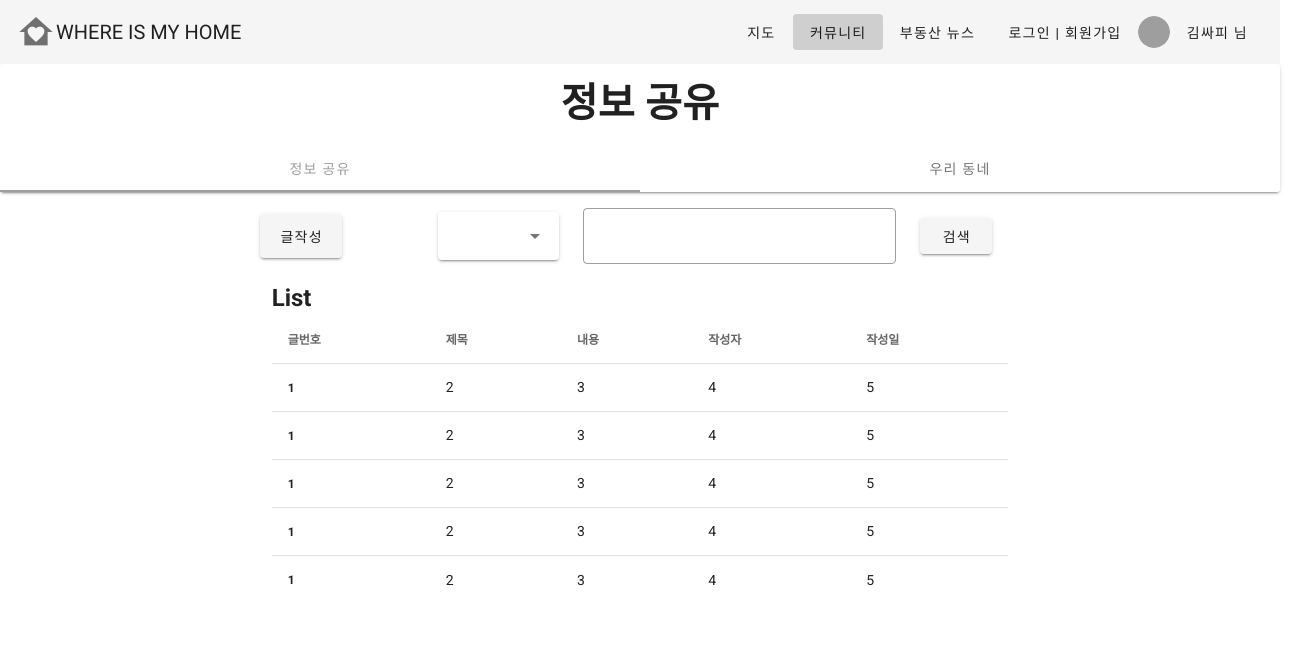
Repository: misso88/vue-whereIsMyHome
Page: /community/list
The author's editor kept a copy of each file at every save. The page is drawn from the files as they stood at one save, then again after a run of saves.
The browser window is 1280 px wide. The page is 1292 px wide, so the pictures cover 1292 px, including what lies to the right of the window. The pictures show the whole page.
Pictures or frames that could not be fetched are drawn as grey boxes. The project was rebuilt for these pictures with package versions that can differ from the ones it lists, and the page was loaded fresh each time. Also part of the build but not shown: vue.config.js, src/components/house/map/filter/LocationSelect.vue, src/components/house/HouseSearch.vue, src/views/AppMain.vue, src/components/house/sidebar/HouseListItem.vue, src/components/house/sidebar/HouseList.vue, src/components/house/sidebar/HouseListFilter.vue, src/components/house/sidebar/HouseSidebar.vue and 3 more. Imported but missing from the stored project, and not drawn on this page: src/assets/main.mp4.

Above is the page before, as saved 2022-11-17 17:48:50.

After the next 2 saves:
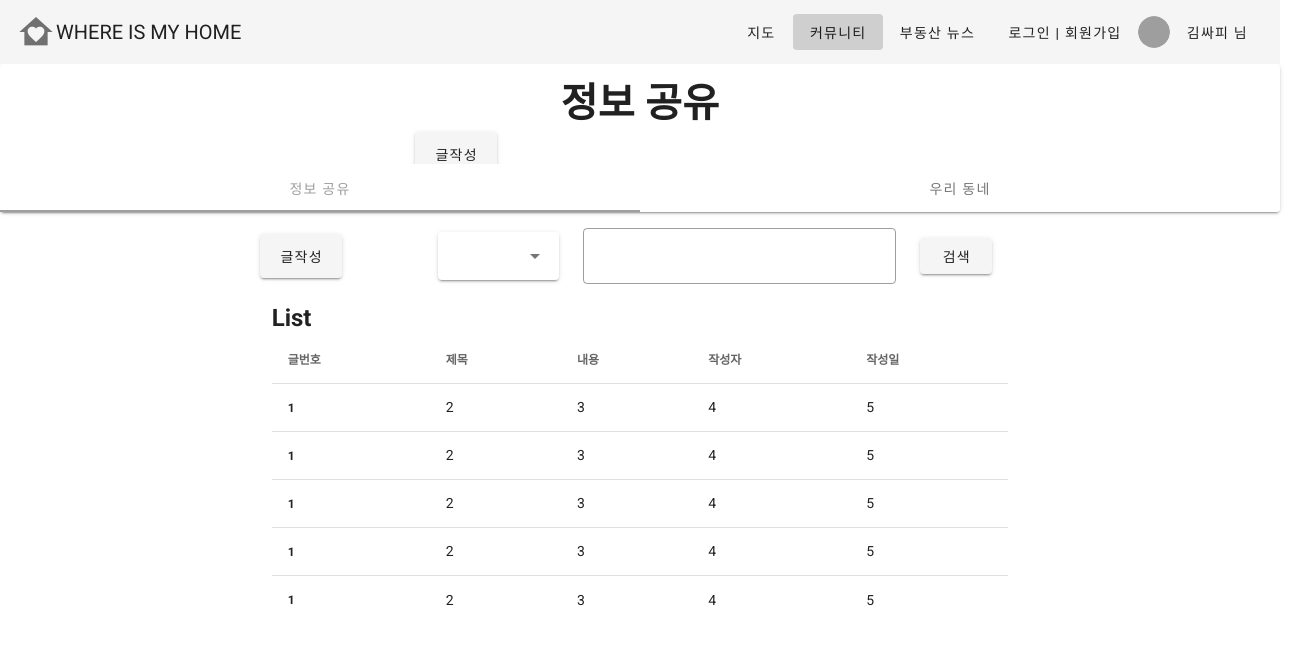
The 2 saves are shown as one change because they came seconds apart.
The last was saved 40 s later.
--- a/src/components/board/BoardHeader.vue
+++ b/src/components/board/BoardHeader.vue
@@ -10,6 +10,18 @@
         {{tabs[tab].title}}
       </h1>
     </v-card-title>
+     <v-row>
+    <v-spacer/>
+    <v-col :cols="mainWidth">
+      <v-row align="center" justify="space-between">
+        <v-btn large>글작성</v-btn>
+        <search-bar></search-bar>
+      </v-row>
+      <!-- <router-view></router-view> -->
+      <board-list></board-list>
+    </v-col>
+  <v-spacer/>
+  </v-row>
     <v-tabs
       v-model="tab"
       color="grey"
